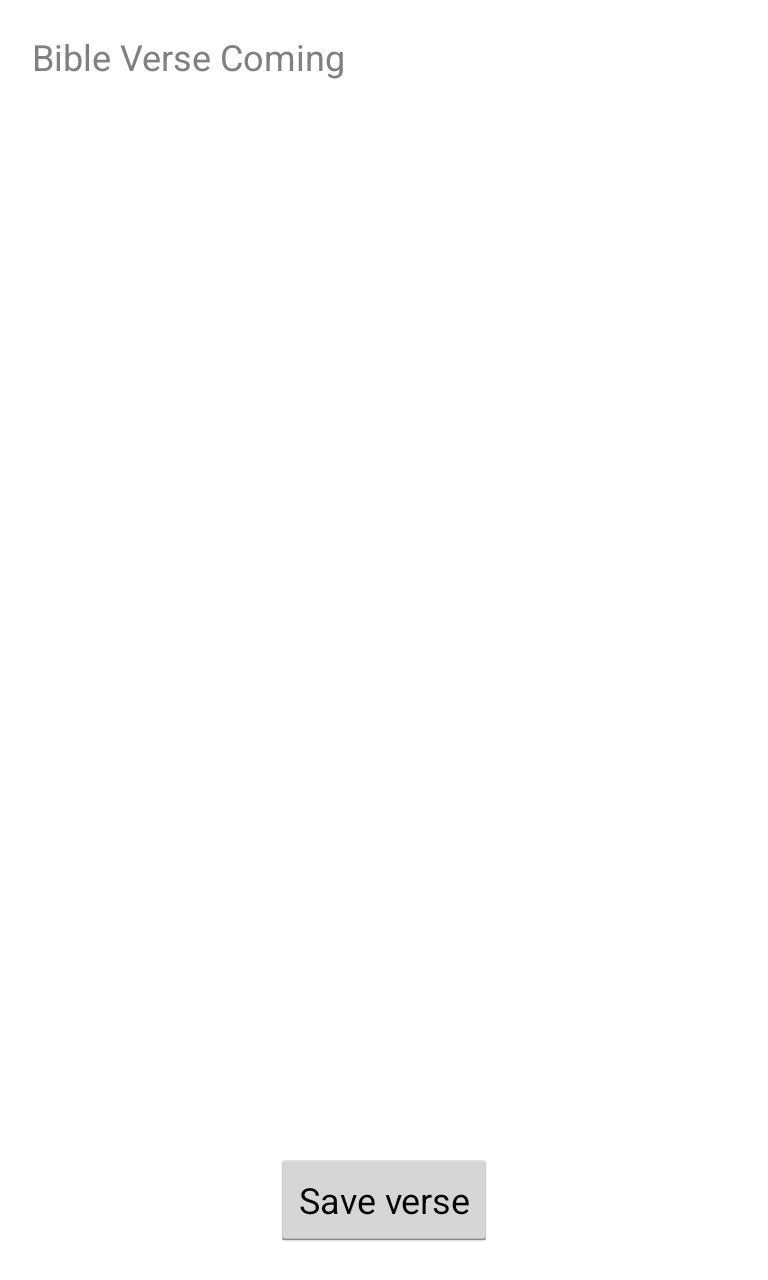
Repository: DerMinze/BibelVers
Layout: BibelVers/res/layout/activity_display_bible_verse.xml
An editor plug-in stored every save of this project. The layout is shown before and after the next save, followed by the edit.
It is drawn on a 768 x 1280 px phone screen (xhdpi) without system bars, with theme AppTheme; the app's code is not run.

Above is the layout before, as saved 2013-09-15 12:46:30.

After the next save:
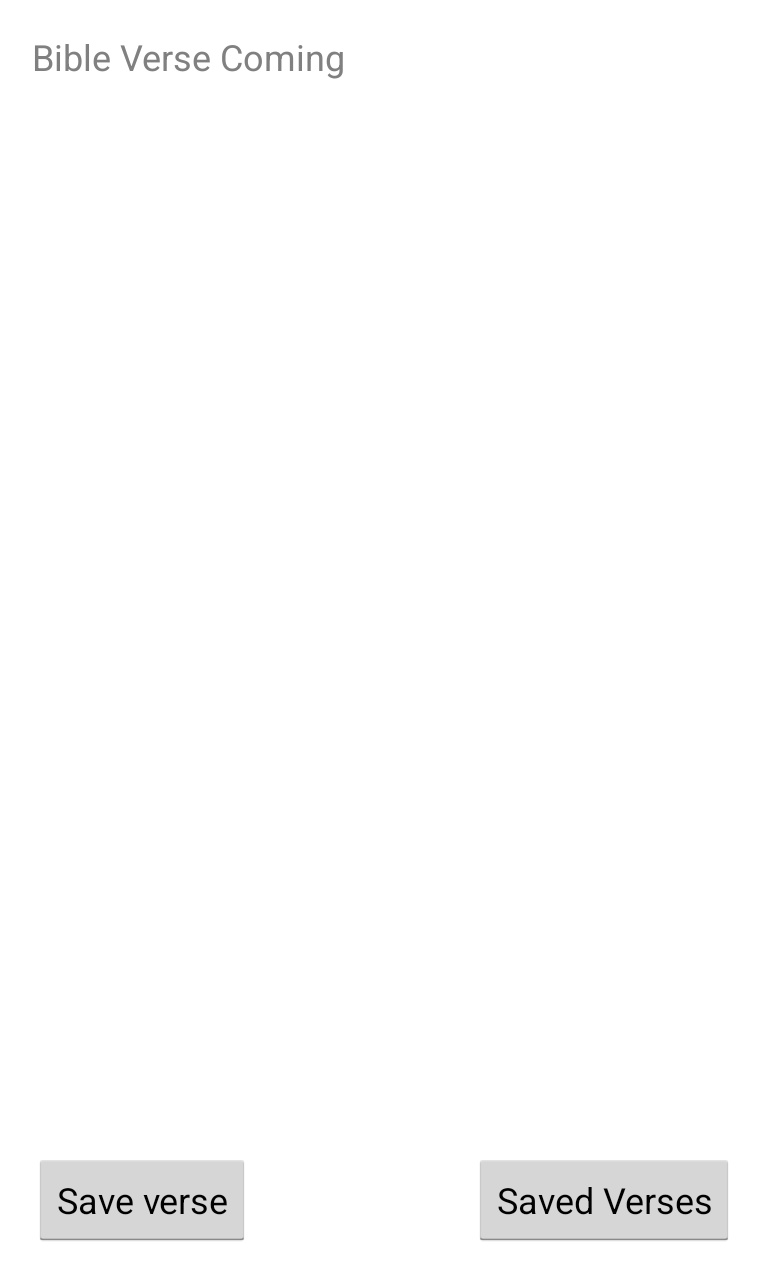
Saved 3 s later.
--- a/BibelVers/res/layout/activity_display_bible_verse.xml
+++ b/BibelVers/res/layout/activity_display_bible_verse.xml
@@ -22,8 +22,16 @@
         android:layout_width="wrap_content"
         android:layout_height="wrap_content"
         android:layout_alignParentBottom="true"
-        android:layout_centerHorizontal="true"
-        android:text="@string/save_verse"
-        android:onClick="save_verse" />
+        android:layout_alignParentLeft="true"
+        android:onClick="save_verse"
+        android:text="@string/save_verse" />
+
+    <Button
+        android:id="@+id/saved_verses"
+        android:layout_width="wrap_content"
+        android:layout_height="wrap_content"
+        android:layout_alignParentBottom="true"
+        android:layout_alignParentRight="true"
+        android:text="@string/saved_verses" />
 
 </RelativeLayout>
